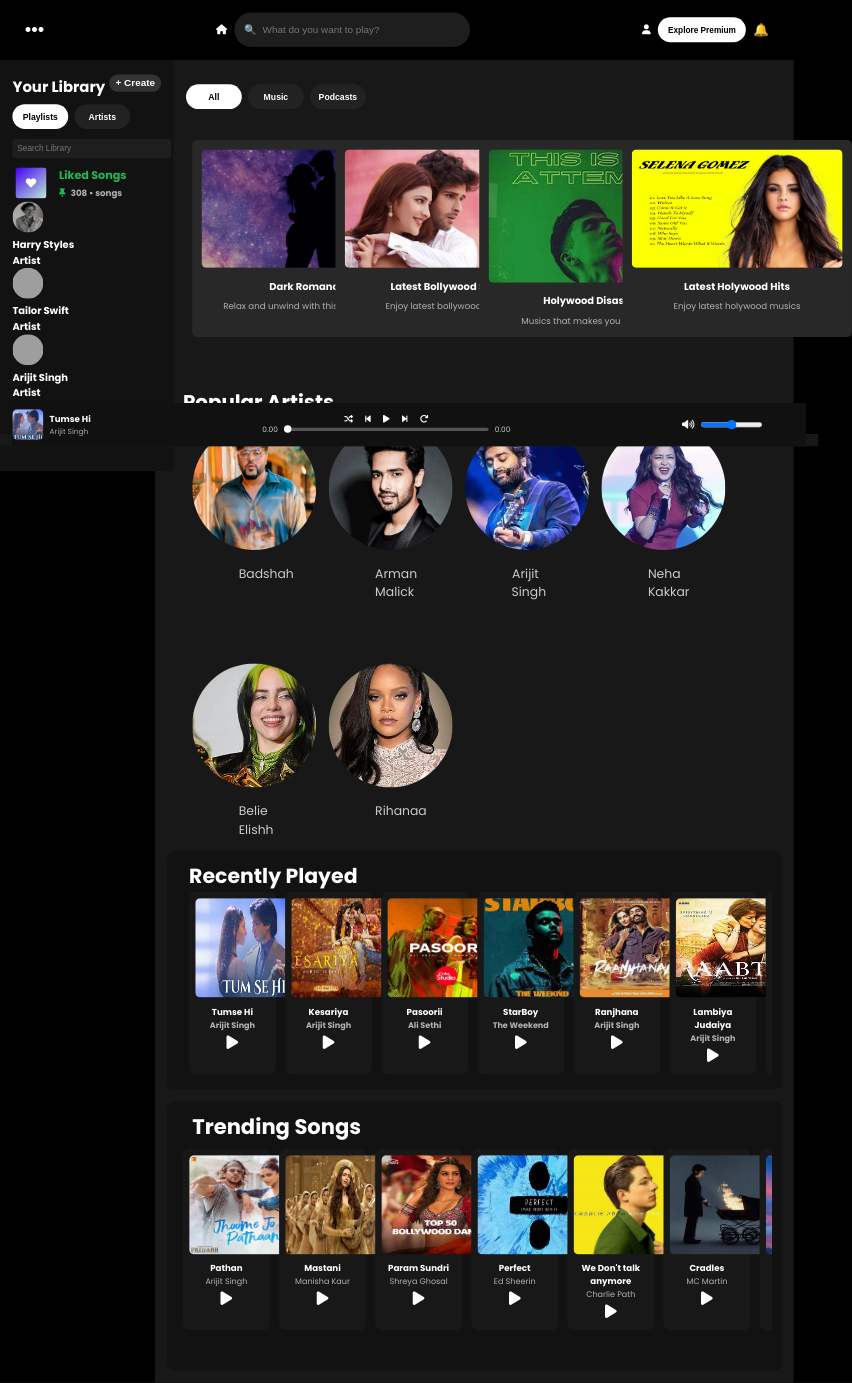
Repository: IshikaSinghRajput/Spotify_Clone
Page: index.html
These files come from the project's save history. The page is drawn as it stood at one moment and after the next save; the edit follows.
The browser window is 1280 px wide. The page is 1374 px wide, so the pictures cover 1374 px, including what lies to the right of the window. The pictures show the whole page, at 62% of full size.
Pictures or frames that could not be fetched are drawn as grey boxes.

Above is the page before, as saved 2025-04-26 16:01:34.

After the next save:
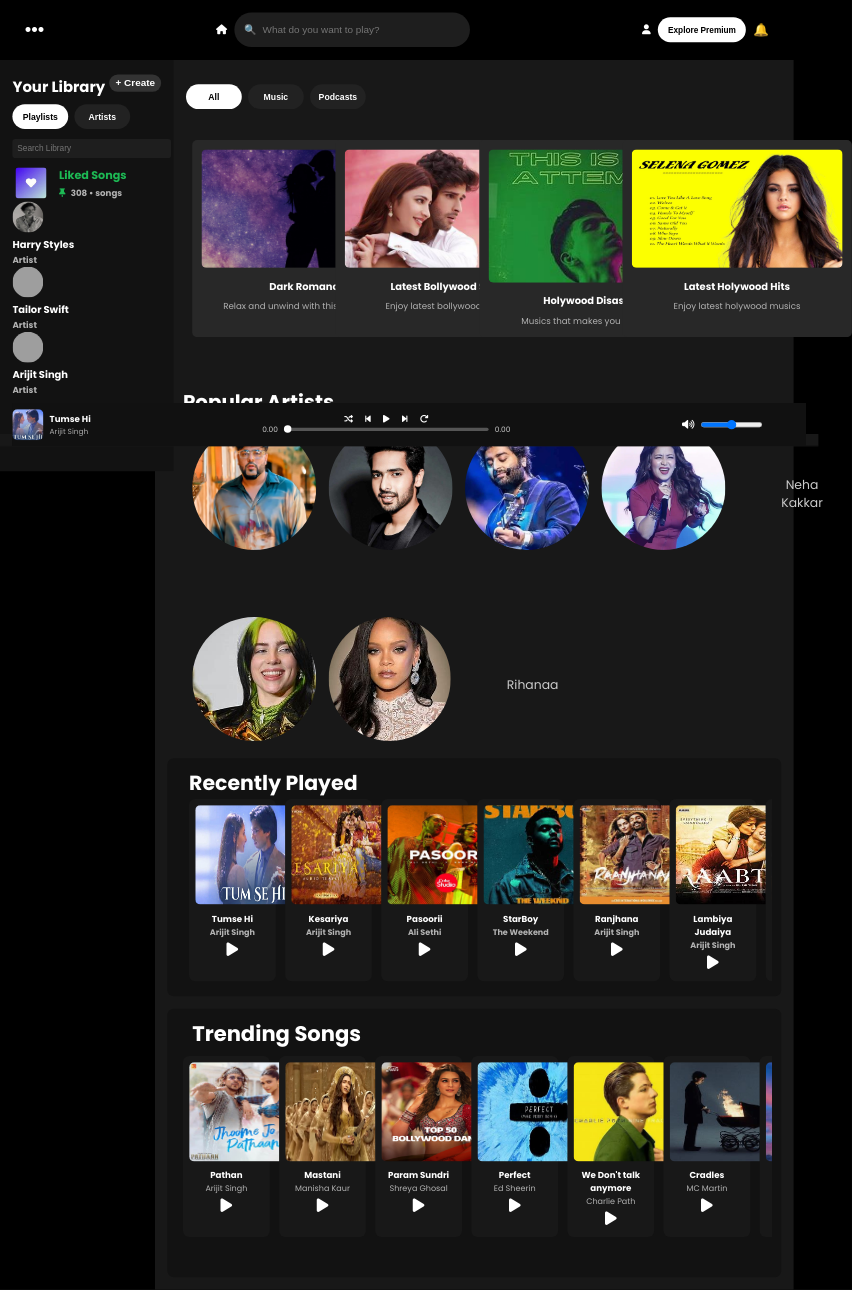
Saved 62 s later.
--- a/style.css
+++ b/style.css
@@ -538,6 +538,33 @@
     width: 50px;
     border-radius: 50%;
  }
+
+
+  .artist {
+    display: flex;
+    align-items: center;
+    gap: 15px;
+  }
+
+  .artist img {
+    width: 60px;
+    height: 60px;
+    object-fit: cover;
+    border-radius: 50%;
+  }
+
+  .info h4 {
+    margin: 0;
+    font-size: 16px;
+    color: white;
+  }
+
+  .info p {
+    margin: 2px 0 0;
+    font-size: 14px;
+    color: #b3b3b3;
+  }
+
 /*
   .library-items .item {
     padding: 8px;
